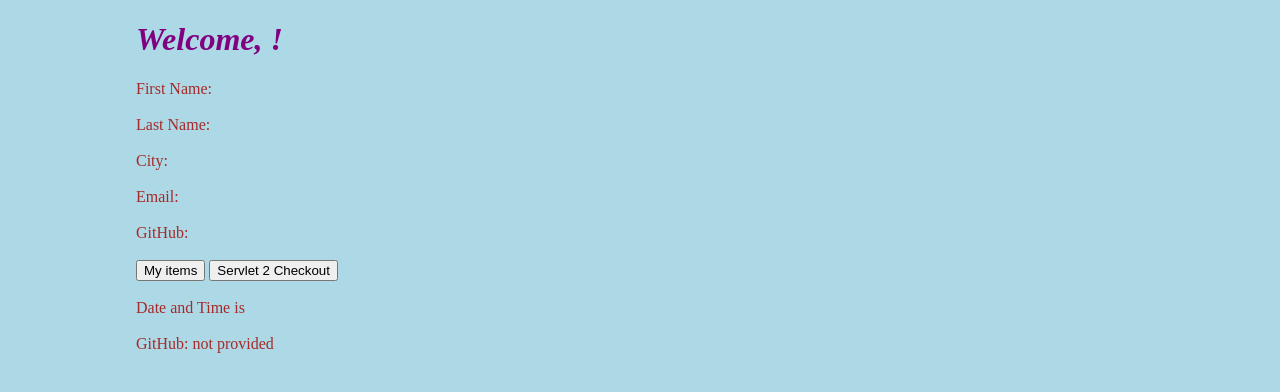
Repository: pmalayala/JavaWebProject
Page: http://localhost/SpringExample/WEB-INF/views/displayAdditionalPage.jsp
The author's editor kept a copy of each file at every save. The page is drawn from the files as they stood at one save, then again after the next save.
The browser window is 1280 px wide. The pictures show the whole page.
The page is served by Tomcat 9. Nobody is signed in. Other server files are loaded and not shown. The template is opened directly, without the code that normally fills it, so the values that code supplies are empty.

Above is the page before, as saved 2016-11-09 02:25:07.

### SpringExample/src/main/webapp/WEB-INF/views/displayAdditionalPage.jsp
<%@ taglib prefix="c" uri="http://java.sun.com/jsp/jstl/core" %>
<%@page contentType="text/html" pageEncoding="UTF-8"%>
<!DOCTYPE html>
<html>
    <head>
        <meta http-equiv="Content-Type" content="text/html; charset=UTF-8">
        <title>Additional Page</title>
        <link rel="stylesheet" type="text/css" href="resources/css/myStyle.css">
    </head>
    <body>

        <h1>Welcome, ${param["firstName"]}!</h1>
            First Name: ${param["firstName"]}
            <br><br>
            Last Name: ${param["lastName"]}
            <br><br>
            City: ${param["city"]}
            <br><br>
            Email: ${param["email"]}
            <br><br>
            GitHub: ${param["github"]}
            <br><br>
        <button type="button" onclick=window.location.href="cart">
            My items</button>

        <button type="button" onclick=window.location.href="checkout">
            Servlet 2 Checkout</button>
            <br><br>Date and Time is ${time}<br><br>
             GitHub: <c:set var="github" scope="session" value="${param[\"github\"]}"/>
            <c:if test="${not empty github}">provided</c:if>
            <c:if test="${empty github}">not provided</c:if>
    </body>
</html>

### SpringExample/src/main/webapp/resources/css/myStyle.css
html {
    margin-left: 10%;
}

h1 {
    font-style: italic;
    color: purple;
}

body {
    background-color: lightblue;
    color: brown;
}

After the next save:
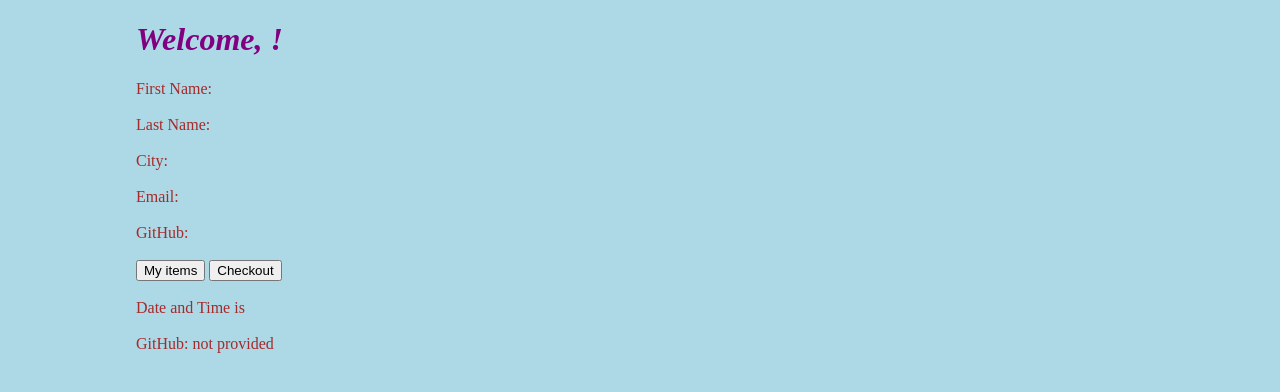
Saved 9 s later.
--- a/SpringExample/src/main/webapp/WEB-INF/views/displayAdditionalPage.jsp
+++ b/SpringExample/src/main/webapp/WEB-INF/views/displayAdditionalPage.jsp
@@ -24,7 +24,7 @@
             My items</button>
 
         <button type="button" onclick=window.location.href="checkout">
-            Servlet 2 Checkout</button>
+            Checkout</button>
             <br><br>Date and Time is ${time}<br><br>
              GitHub: <c:set var="github" scope="session" value="${param[\"github\"]}"/>
             <c:if test="${not empty github}">provided</c:if>
